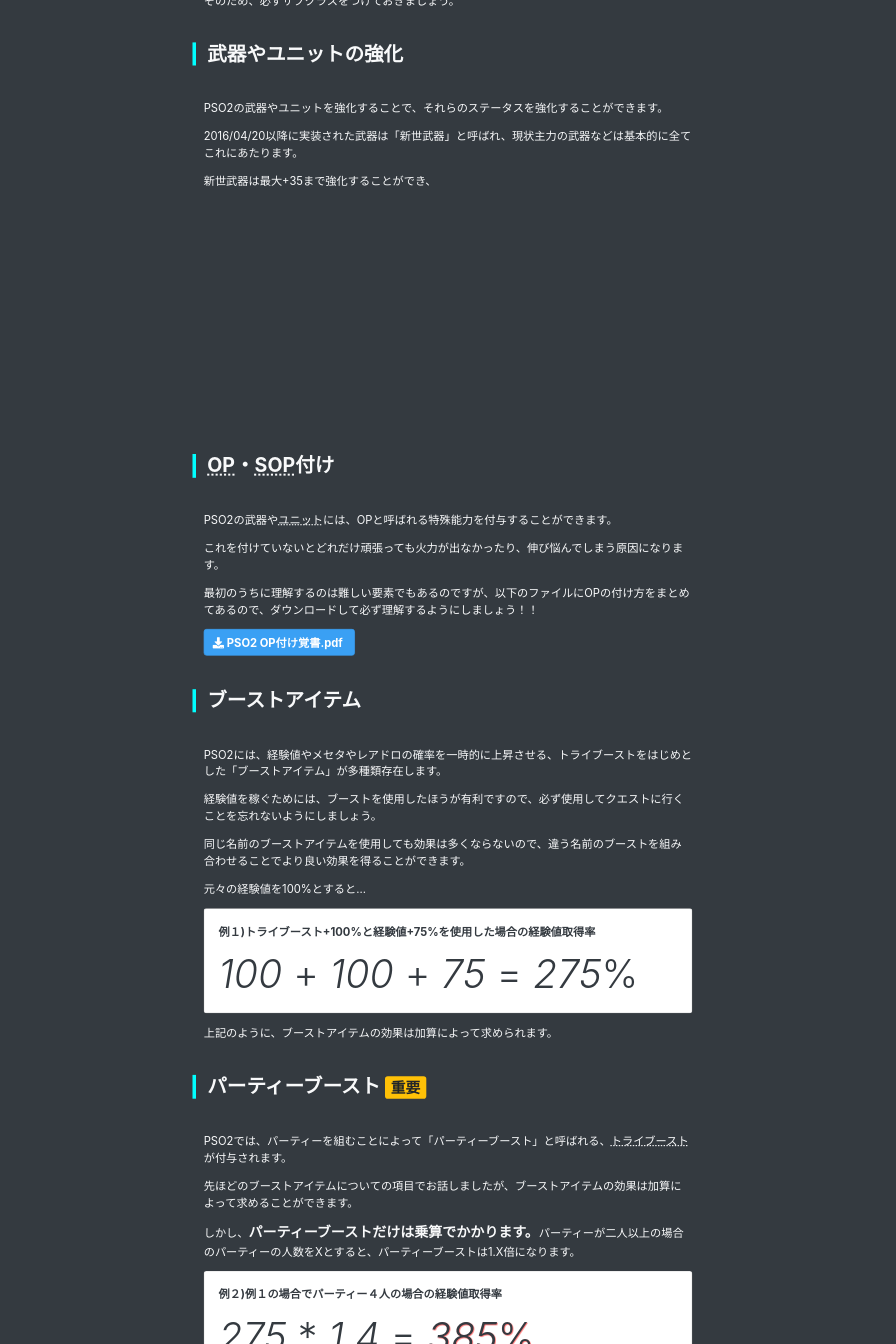
Repository: milkyahonpo/Website_source
Page: docs/capture.html
An editor plug-in stored every save of this project. The page is shown before and after the next save, followed by the edit.
The browser window is 1280 px wide. The pictures show the part of the page from y = 3021 to 4941 px (the page is 10304 px tall before and 10328 px after), at 70% of full size.
Pictures or frames that could not be fetched are drawn as grey boxes. Some web libraries are served in a nearby version.

Above is the page before, as saved 2020-02-03 09:59:11.

After the next save:
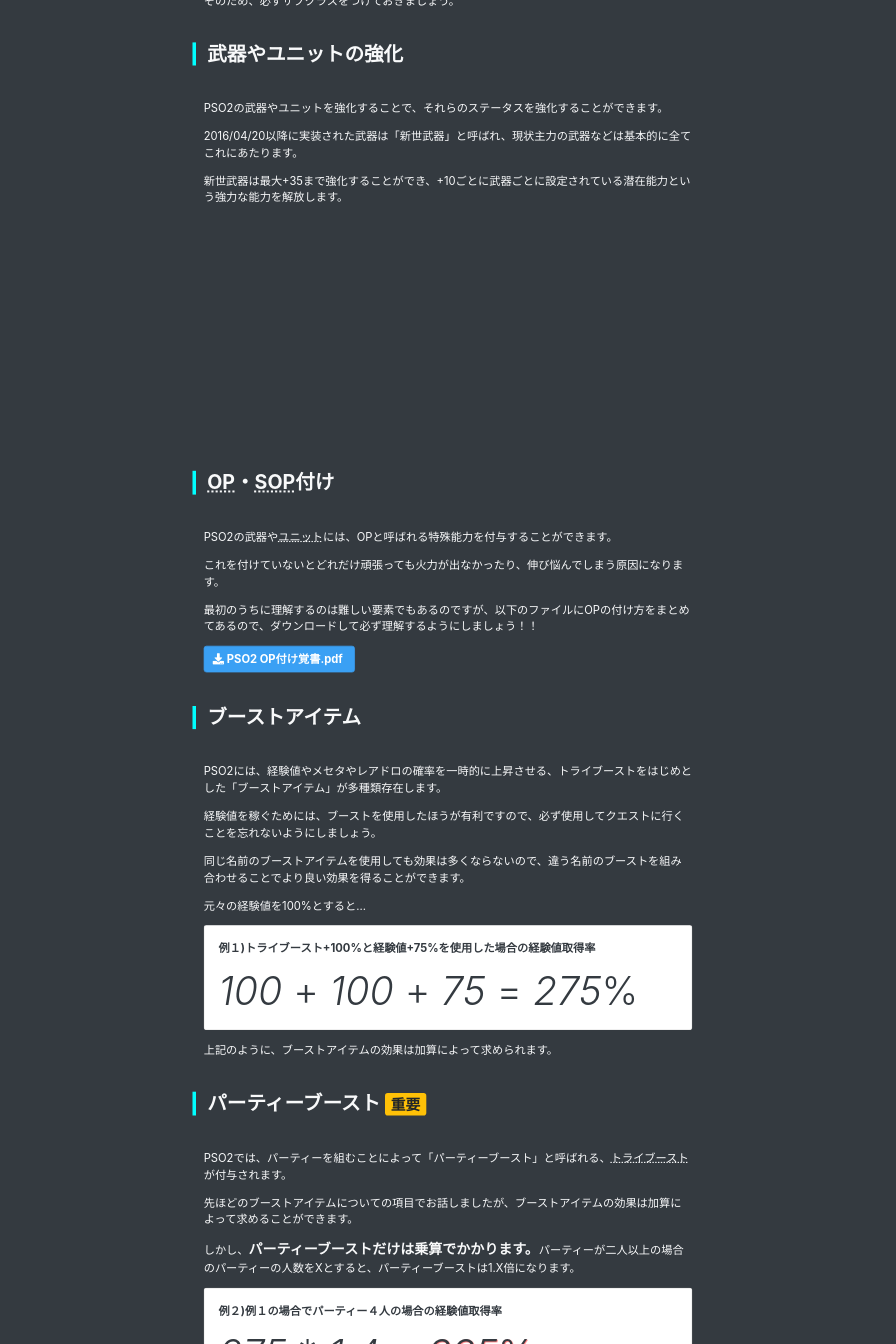
Saved 43 s later.
--- a/docs/capture.html
+++ b/docs/capture.html
@@ -112,7 +112,7 @@
           <div class="px-3">
             <p>PSO2の武器やユニットを強化することで、それらのステータスを強化することができます。</p>
             <p>2016/04/20以降に実装された武器は「新世武器」と呼ばれ、現状主力の武器などは基本的に全てこれにあたります。</p>
-            <p>新世武器は最大+35まで強化することができ、</p>
+            <p>新世武器は最大+35まで強化することができ、+10ごとに武器ごとに設定されている潜在能力という強力な能力を解放します。</p>
             <div class="movie-box">
               <iframe width="560" height="315" src="https://www.youtube-nocookie.com/embed/dSWcW5Sa8bw" frameborder="0" allow="accelerometer; autoplay; encrypted-media; gyroscope; picture-in-picture" allowfullscreen></iframe>
             </div>
